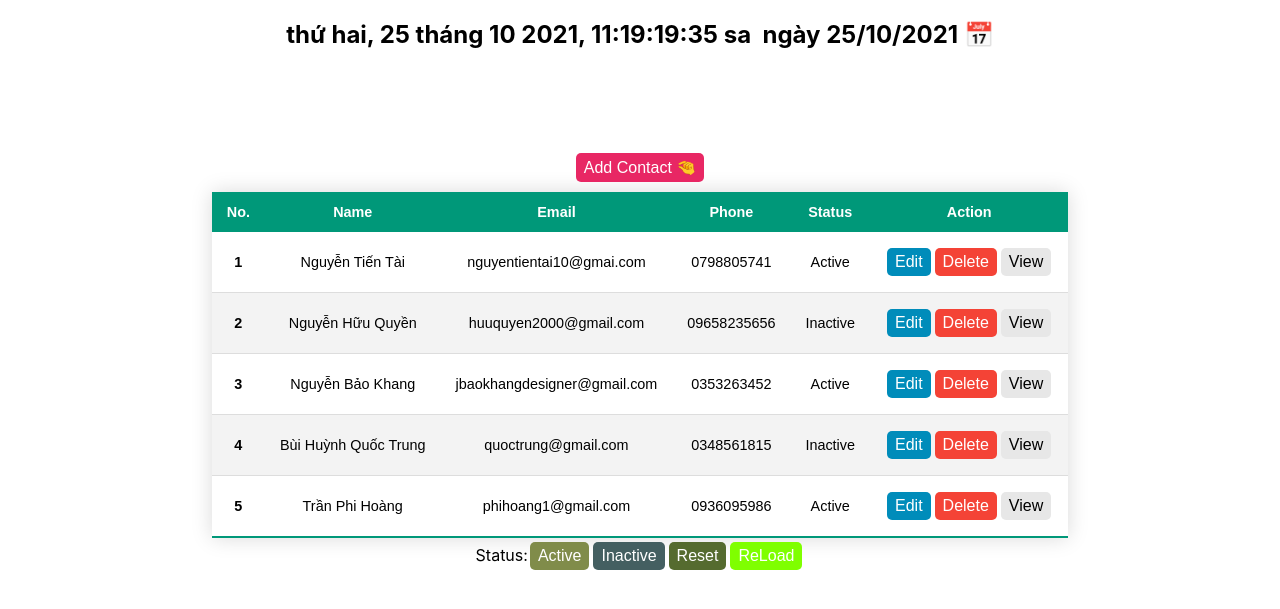
Repository: fdhhhdjd/Redux-Toolkit-CURD-Firebase
Page: /
An editor plug-in stored every save of this project. The page is shown before and after the next save, followed by the edit.
The browser window is 1280 px wide. The pictures show the whole page.
The project was rebuilt for these pictures with package versions that can differ from the ones it lists, and the page was loaded fresh each time. Also part of the build but not shown: src/Styles/AddEdit.css, src/Component/AddEdit.js, src/Styles/View.css, src/Component/View.js.

Above is the page before, as saved 2021-10-25 11:20:39.

After the next save:
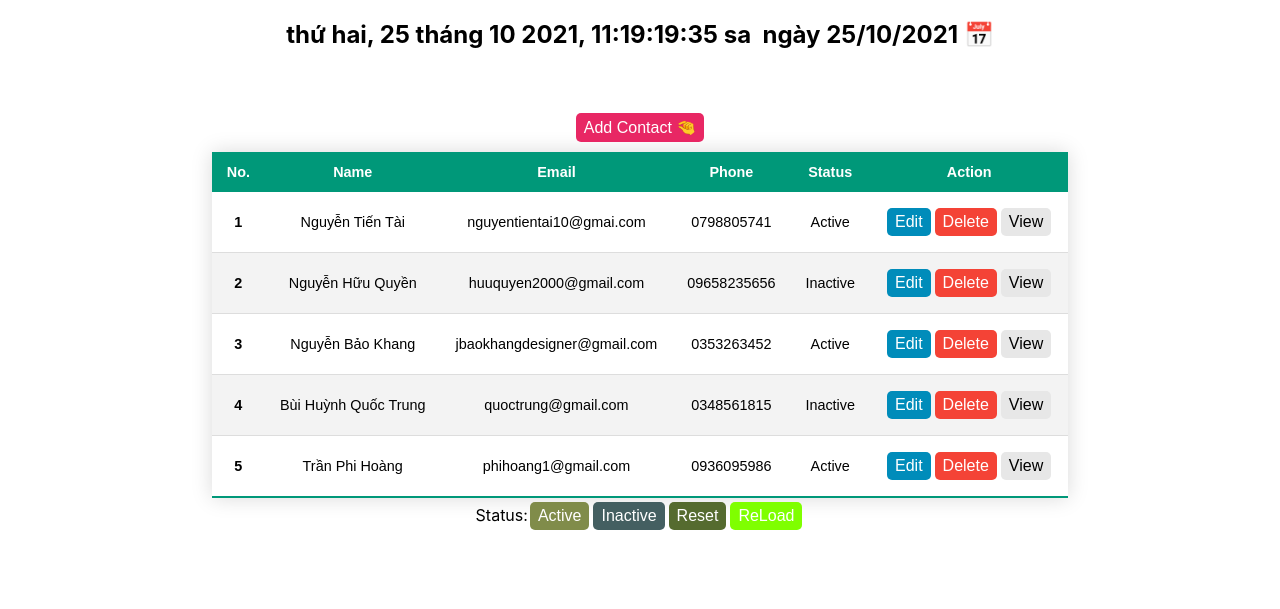
Saved 52 s later.
--- a/src/Component/Home.js
+++ b/src/Component/Home.js
@@ -21,7 +21,7 @@ const Home = () => {
   return (
     <>
       <Moments />
-      <div style={{ marginTop: "100px" }}>
+      <div style={{ marginTop: "60px" }}>
         <Link to="/add">
           <button className="btn btn-contact">Add Contact 🤏</button>
         </Link>
